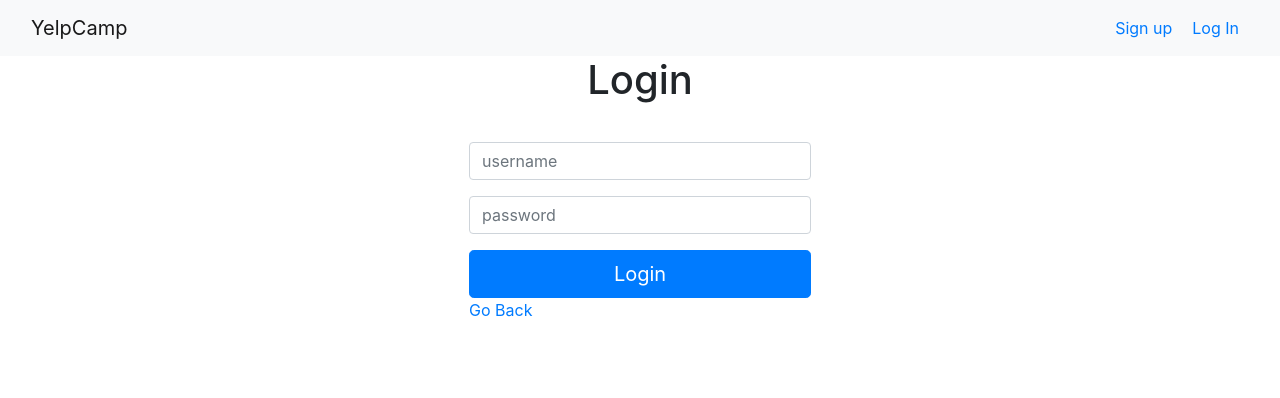
Repository: N-Verma/Webdev-Backend-
Page: http://localhost/login
The author's editor kept a record of every edit. The page is drawn from the files as they stood at one moment, then again after the next edit.
The browser window is 1280 px wide. The pictures show the whole page.
The page is served by the project's Node server (YelpCamp/v9/app.js). Other server files are loaded and not shown.

Above is the page before.

### Web dev (backend)/environment/YelpCamp/v9/views/login.ejs
<%include ./partials/header%>
<div class="container">
    <h1 style="text-align:center;">Login</h1>
    <div class="row">
        <div style = "width:30%; margin:30px auto;">
            <form action="/login" method="POST">
                <div class="form-group">
                    <input class="form-control" type="text" name="username" placeholder="username">
                </div>
                <div class="form-group">
                    <input class="form-control" type="password" name="password" placeholder="password">
                </div>
                <button class="btn btn-lg btn-primary btn-block">Login</button>
            </form>
            <a href="/campgrounds">Go Back</a>
        </div>
    </div>
</div>
<%include ./partials/footer%>

### Web dev (backend)/environment/YelpCamp/v9/views/partials/header.ejs
 <!DOCTYPE html>
 <html>
     <head>
         <title>YelpCamp</title>
         <link href="https://stackpath.bootstrapcdn.com/bootstrap/4.3.1/css/bootstrap.min.css" rel="stylesheet">
         <link rel="stylesheet" type="text/css" href="/stylesheets/app.css">
    </head>
    <body>
    <nav class="navbar navbar-expand-lg navbar-light bg-light">
        <div class="container-fluid">
            <div class="navbar-header">
                <a class="navbar-brand" href="/">YelpCamp</a>
            </div>
            <div class="collapse navbar-collapse">
                <ul class="nav navbar-nav ml-auto">
                    <% if(!currentUser){ %>
                    <li><a href="/register">Sign up</a></li>
                    <li><a href="/login">Log In</a></li>
                    <% } else{ %>
                    <li><a href="#">Signed In As <%=currentUser.username%></a></li>
                    <li><a href="/logout">Log Out</a></li>
                    <% } %>
                </ul>
            </div>
        </div>
    </nav>
    <div class="container">

    </div>

### Web dev (backend)/environment/YelpCamp/v9/views/partials/footer.ejs

    </body>
 </html>

### Web dev (backend)/environment/YelpCamp/v9/app.js
var express = require("express"),
    app  = express(),
    bodyParser = require("body-parser"),
    mongoose = require("mongoose"),
    flash = require("connect-flash"),
    passport = require("passport"),
    localStrategy  = require("passport-local"),
    methodOverride = require("method-override"),
    Campground = require("./models/campground"),
    Comment = require("./models/comment"),
    User = require("./models/user"),
    seedDB =require("./seeds")

var campgroundRoute = require("./routes/campgrounds.js"),
    commentsRoute = require("./routes/comments.js"),
    authRoute = require("./routes/auth.js")

mongoose.connect('mongodb://localhost:27017/yelp_camp_v8', { useNewUrlParser: true });
app.use(bodyParser.urlencoded({extended: true}));
app.set("view engine","ejs");
app.use(express.static(__dirname + "/public"));
app.use(methodOverride("_method"));
app.use(flash());

//seedDB();

//passport config
app.use(require("express-session")({
    secret:"qwerty",
    resave:false,
    saveUninitialized:false
}));

app.use(passport.initialize());
app.use(passport.session());
passport.use(new localStrategy(User.authenticate()));
passport.serializeUser(User.serializeUser());
passport.deserializeUser(User.deserializeUser());

app.use(function(req, res, next){
   res.locals.currentUser=req.user;
   res.locals.error=req.flash("error");
   res.locals.success=req.flash("success");
   next();
});

app.use(campgroundRoute);
app.use(commentsRoute);
app.use(authRoute);


app.listen(process.env.PORT,process.env.IP, function(){
   console.log("Yelpcamp started");
});

### Web dev (backend)/environment/YelpCamp/v9/routes/auth.js
var express = require("express");
var router = express.Router();
var passport = require("passport");
var User = require("../models/user");
//landing route
router.get("/", function(req,res){
   res.render("landing");
});


//auth route
router.get("/register", function(req, res) {
   res.render("register");
});

router.post("/register", function(req, res) {
    var newUser = new User({username: req.body.username});
   User.register(newUser,req.body.password,function(err,user){
      if(err){
          console.log(err);
          return res.render("register");
      }
      passport.authenticate("local")(req,res,function(){
          res.redirect("/campgrounds");
      });
   });
});

//login route
router.get("/login",function(req, res) {
    res.render("login");
});


router.post("/login",passport.authenticate("local",
    {
        successRedirect:"/campgrounds",
        failureRedirect:"/login"
    }
    ) ,function(req, res) {
});

router.get("/logout",function(req, res) {
    req.logout();
    req.flash("success", "Logged Out");
    res.redirect("/campgrounds");
});

module.exports = router;

### Web dev (backend)/environment/YelpCamp/v9/public/stylesheets/app.css
.navbar-nav > li{
      padding-left:10px;
      padding-right:10px;
}
image{
    margin-left:20px;
    margin-right:20px;
}
.showimage{
    height:500px;
    width:720px;
}

.thumbnail img{
    width:100%;
}
.thumbnail{
    padding: 0;
}
.thumbnail .caption-full{
    padding: 9px;
}
#delete{
    display: inline;
}

After the next edit:
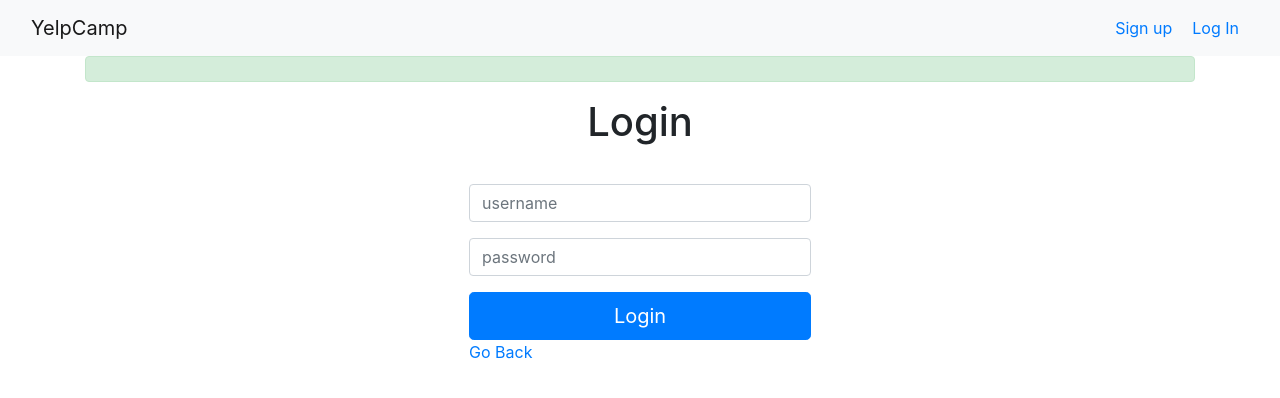
The edit:
--- a/Web dev (backend)/environment/YelpCamp/v9/views/partials/header.ejs
+++ b/Web dev (backend)/environment/YelpCamp/v9/views/partials/header.ejs
@@ -25,5 +25,8 @@
         </div>
     </nav>
     <div class="container">
-
+        <% if(error && error.length > 0){ %>
+            <div class="alert alert-danger" role="alert"><%= error %></div>
+        <% } %>
+        <div class="alert alert-success" role="alert"><%= success %></div>
     </div>

After the 2 edits that followed:
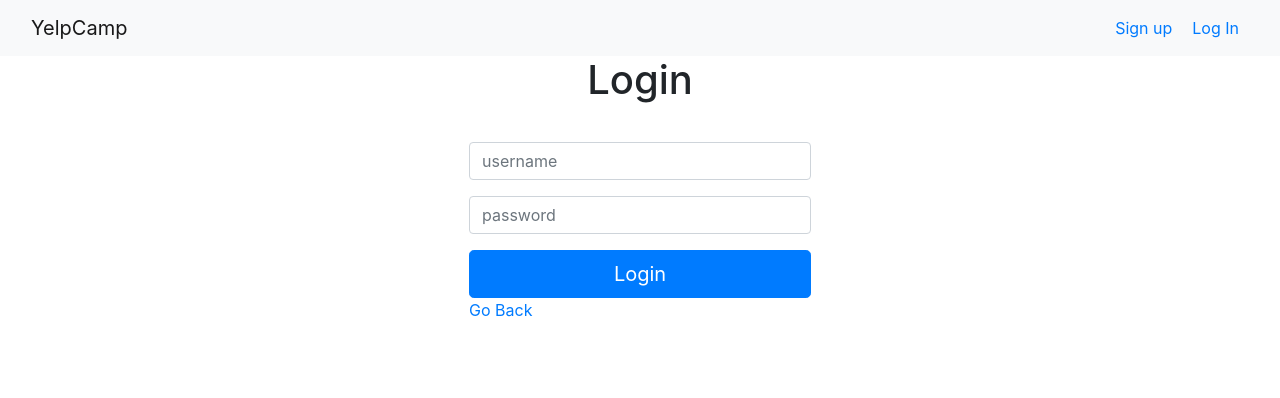
The 2 edits are shown as one change because 1 did not build or start.
The edit:
--- a/Web dev (backend)/environment/YelpCamp/v9/views/partials/header.ejs
+++ b/Web dev (backend)/environment/YelpCamp/v9/views/partials/header.ejs
@@ -28,5 +28,7 @@
         <% if(error && error.length > 0){ %>
             <div class="alert alert-danger" role="alert"><%= error %></div>
         <% } %>
+        <% if(success && success.length > 0){ %>
         <div class="alert alert-success" role="alert"><%= success %></div>
+        <% } %>
     </div>
